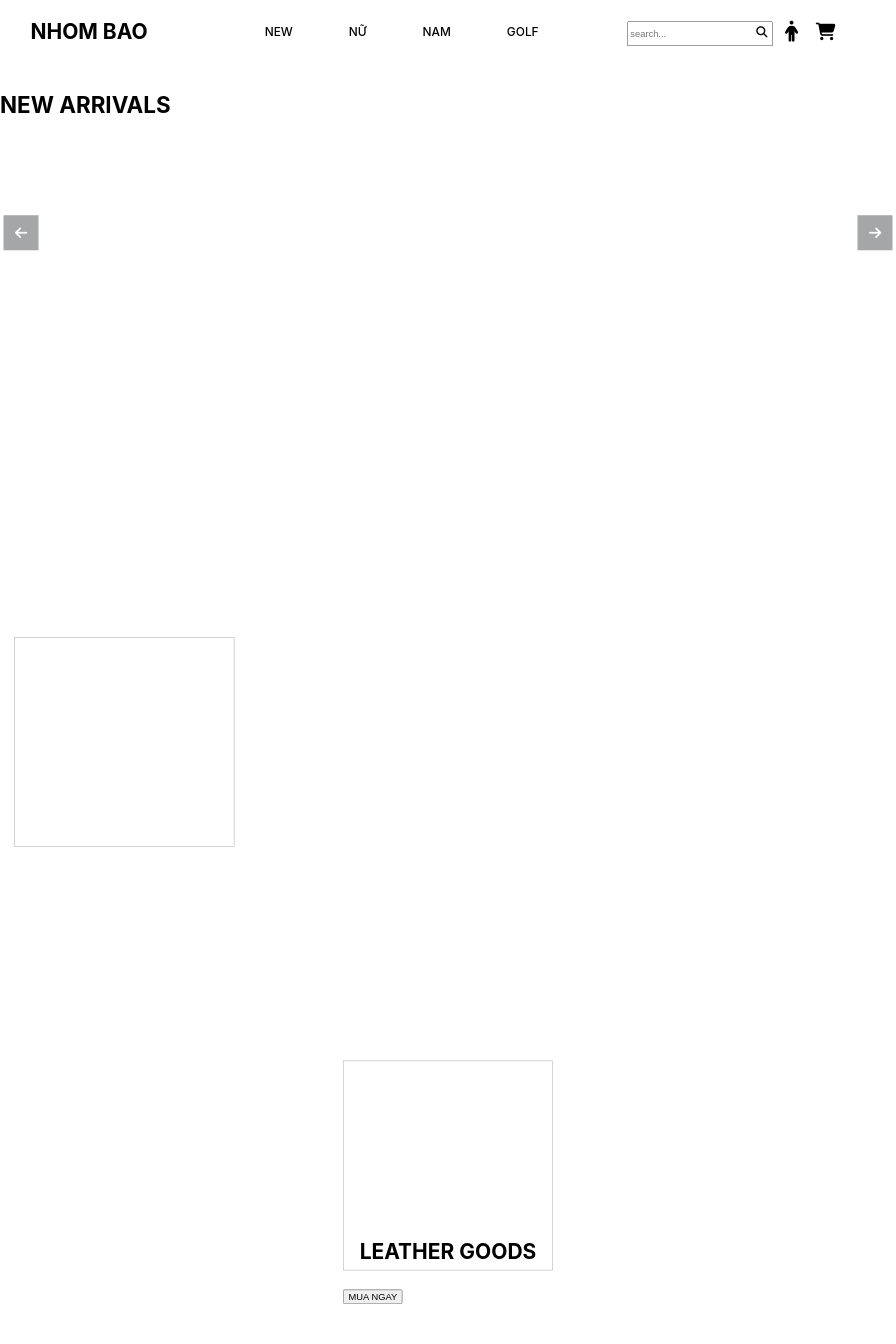
Repository: 0584386177/CuoiKiReactJs
Page: /
These files come from the project's save history. The page is drawn as it stood at one moment and after the next save; the edit follows.
The browser window is 1280 px wide. The pictures show the part of the page from y = 0 to 1920 px (the page is 3286 px tall), at 70% of full size.
Pictures or frames that could not be fetched are drawn as grey boxes. The page's requests for data from a server got no answer. The project was rebuilt for these pictures with package versions that can differ from the ones it lists, and the page was loaded fresh each time. No one was signed in, and anything a server would have sent is missing. Also part of the build but not shown: src/components/Men/Men.jsx, src/components/Women/Navigation.jsx, src/components/Women/Filter.jsx, src/components/Women/Women.jsx.

Above is the page before, as saved 2023-11-29 10:13:16.

After the next save:
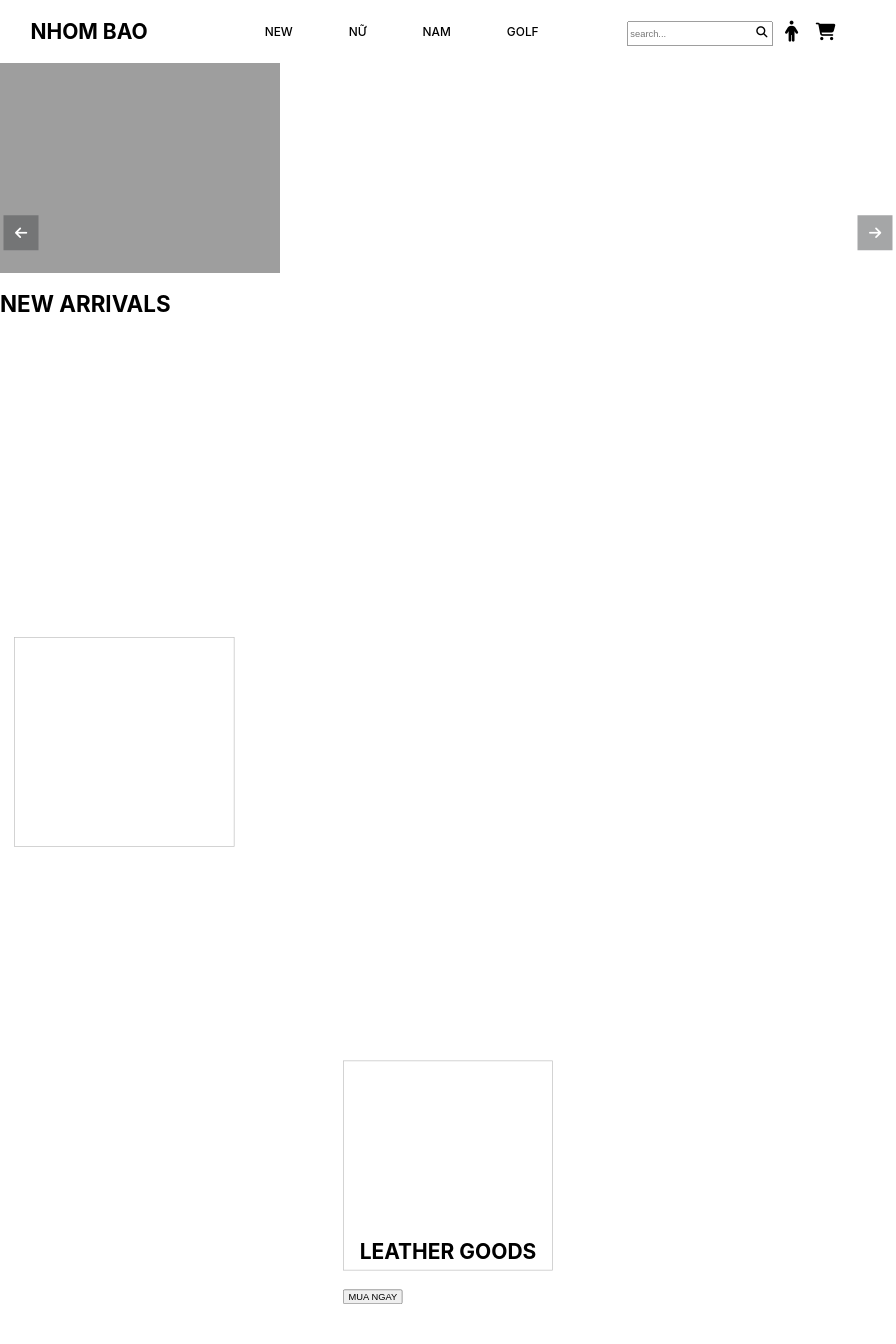
Saved 4 min 33 s later.
--- a/src/components/Page/Slider.jsx
+++ b/src/components/Page/Slider.jsx
@@ -68,10 +68,10 @@ const Slider = () => {
     setImageIndexCurrent(ImageIndexCurrent - 1);
     if (ImageIndexCurrent === 0) setImageIndexCurrent(4);
   };
-  setInterval(() => {
-    setImageIndexCurrent(ImageIndexCurrent + 1);
-    if (ImageIndexCurrent === 4) ImageIndexCurrent = 0;
-  }, 1000);
+  // setInterval(() => {
+  //   setImageIndexCurrent(ImageIndexCurrent + 1);
+  //   if (ImageIndexCurrent === 4) ImageIndexCurrent = 0;
+  // }, 1000);
   return (
     <SliderWrapper>
       <div className="image">
